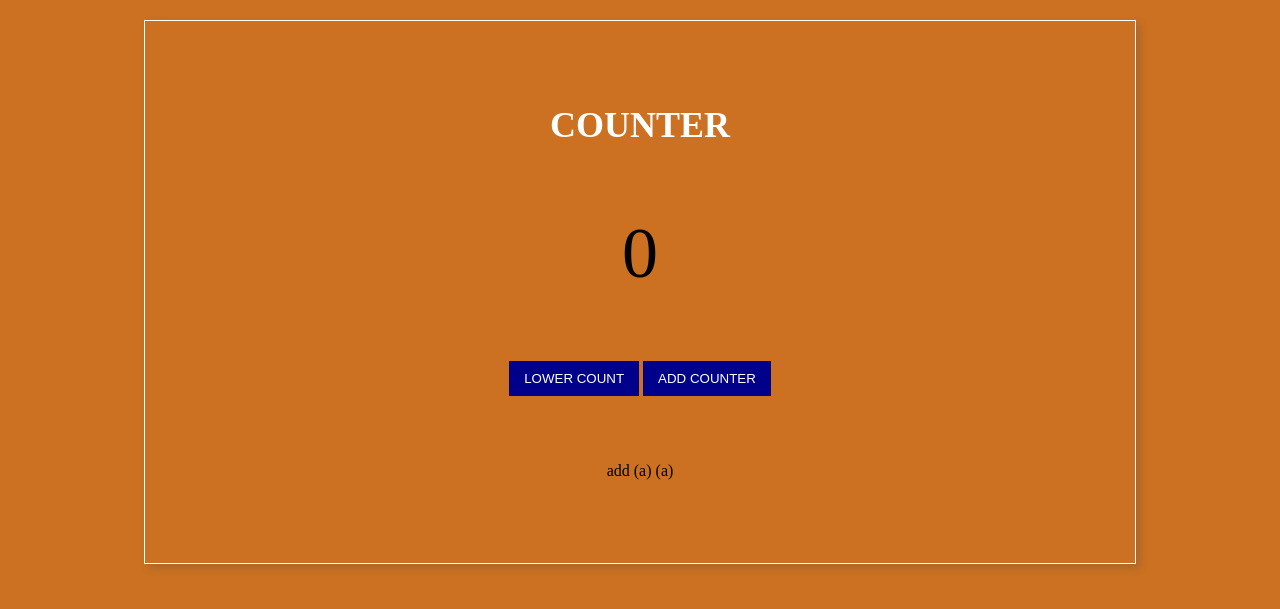
Repository: lusine-tech/counter
Page: index.html
The author's editor kept a copy of each file at every save. The page is drawn from the files as they stood at one save, then again after a run of saves.
The browser window is 1280 px wide. The pictures show the whole page.

Above is the page before, as saved 2022-02-14 19:21:27.

### index.html
<!DOCTYPE html>
<html lang="en">
<head>
    <meta charset="UTF-8">
    <meta http-equiv="X-UA-Compatible" content="IE=edge">
    <meta name="viewport" content="width=device-width, initial-scale=1.0">
    <link rel="stylesheet" href="style.css">
    <title>counter</title>
</head>
<body>
    <section class="background">
        <div class="block">
            <h3 class="title">Counter</h3>
            <p class="num" id="value">0</p>
    <div class="buttons">
       <button class="btn" id="decrease">lower count</button>
       <button class="btn" id="increase">add Counter</button>
    </div>
    <div class="inputs">
        <p class="sum">add <span class="left-input">(a)</span>
            <span class="left-input">(a)</span></p>
    </div>
    </div>
    </section>
   <script src="/script.js"></script>
</body>
</html>

### style.css
*{
    margin: 0;
    padding: 0;
    box-sizing: border-box;
}

.background {
    height: 100vh;
    width: 100vw;
    background-color: #cb7121;
    display: flex;
   justify-content: center;
   padding: 20px;
}

.block {
    display: flex;
    align-items: center;
    justify-content: space-around;
    flex-direction: column;

    height: 80%;
    width: 80%;
    border: 1px solid #fff;
    padding: 50px 20px;
    -webkit-box-shadow: 4px 4px 8px 0px rgba(34, 60, 80, 0.2);
-moz-box-shadow: 4px 4px 8px 0px rgba(34, 60, 80, 0.2);
box-shadow: 4px 4px 8px 0px rgba(34, 60, 80, 0.2);
}
.title {
    color: #fff;
    font-size: 36px;
    text-transform: uppercase;
}
.num {
    font-size: 72px;
}
.btn {
    padding: 10px 15px;
    color: #fff;
        cursor: pointer;
    transition: 0.5s ease;
    border: none;
    outline: none;
    background-color: #00008B;
    text-transform: uppercase;
}

.btn:hover {
    background-color: #303f9f;
}

### script.js
const decrease = document.querySelector("#decrease");
const increase = document.querySelector("#increase");
const num = document.querySelector("#value");
let integer = 0;
decrease.addEventListener("click", function () {
integer-=1;
num.innerHTML = integer;
});

increase.addEventListener("click", function () {
  integer += 1;
  num.innerHTML = integer;
});

After the next 7 saves:
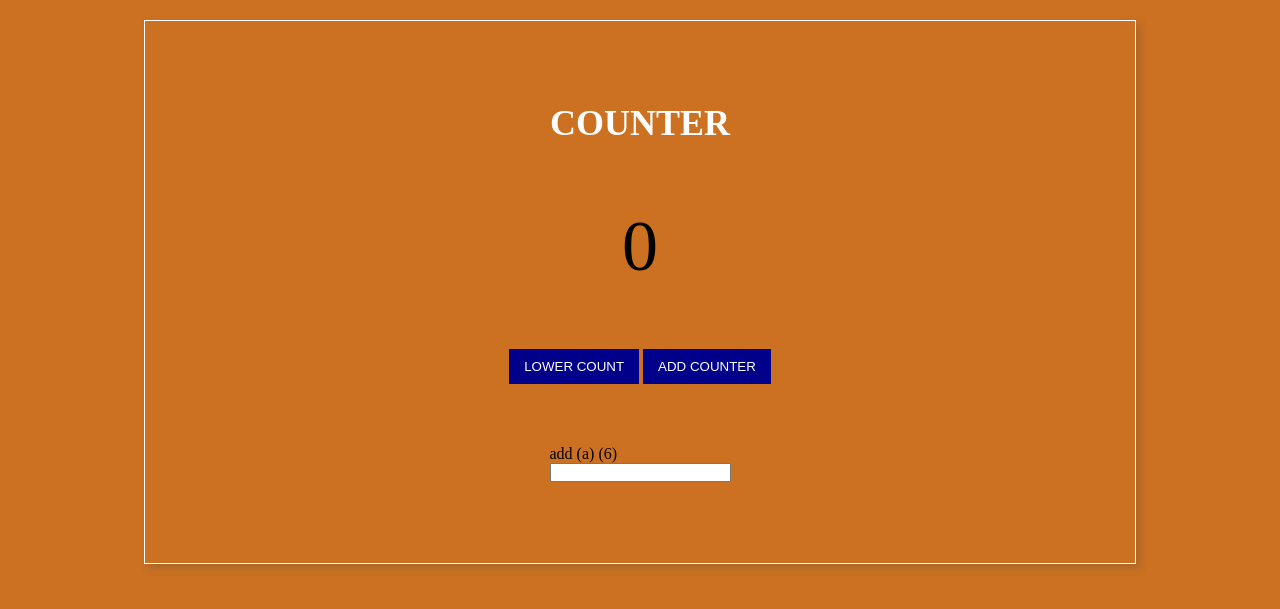
The 7 saves are shown as one change because they came seconds apart.
The last was saved 18 s later.
--- a/index.html
+++ b/index.html
@@ -18,7 +18,8 @@
     </div>
     <div class="inputs">
         <p class="sum">add <span class="left-input">(a)</span>
-            <span class="left-input">(a)</span></p>
+            <span class="right-input">(6)</span></p>
+            <input type="text">
     </div>
     </div>
     </section>
